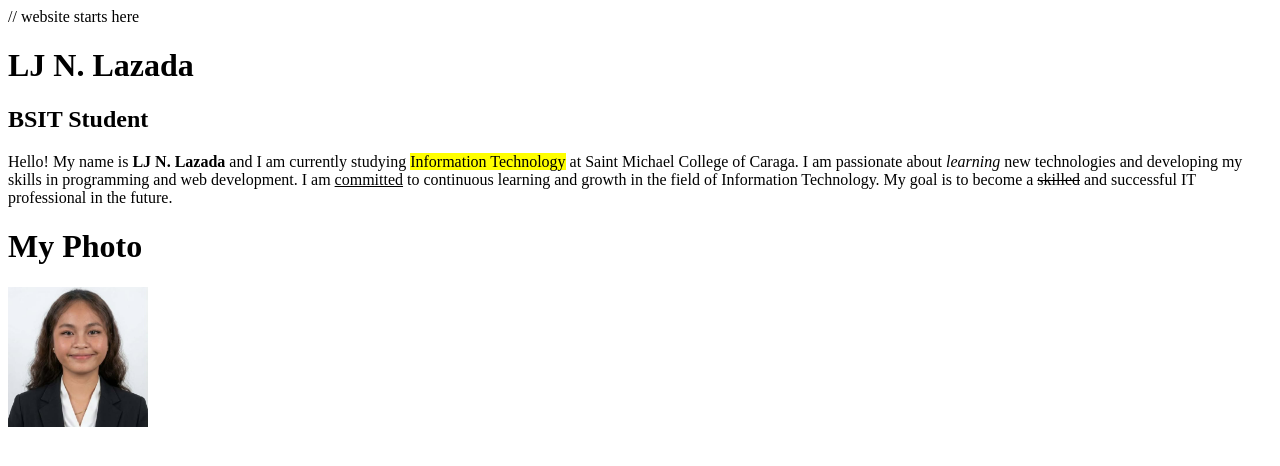
Repository: ljlazada11/myfirsthtml
Page: index.html
The author's editor kept a copy of each file at every save. The page is drawn from the files as they stood at one save, then again after the next save.
The browser window is 1280 px wide. The pictures show the whole page.

Above is the page before, as saved 2026-06-24 19:15:13.

### index.html
<!DOCTYPE html>
<html lang="en">
<head>
    <meta charset="UTF-8">
    <meta name="viewport" content="width=device-width, initial-scale=1.0">
    <title>My Personal Web Profile</title>
    <link rel="icon" type="image/x-icon" href="images.png">
    // website starts here

</head>
<body>
    <h1>LJ N. Lazada</h1>
    <h2>BSIT Student</h2>
    <p>Hello! My name is <strong>LJ N. Lazada</strong> and I am currently studying <mark>Information Technology</mark> at Saint Michael College of Caraga. I am passionate about <i>learning</i> new technologies and developing my skills in programming and web development. I am <ins>committed</ins> to continuous learning and growth in the field of Information Technology. My goal is to become a <del>skilled</del> and successful IT professional in the future.</p>
</body>
    <h1>My Photo</h1>
    <img src="pic.jpg" alt="My	Profile	Picture" width="140" height="140">
</html>

After the next save:
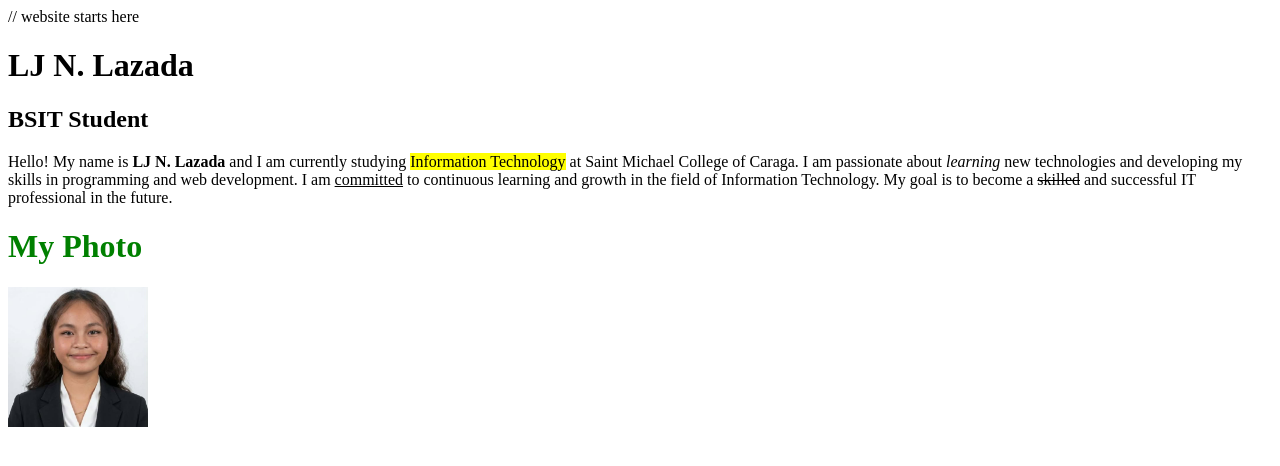
Saved 3 min 3 s later.
--- a/index.html
+++ b/index.html
@@ -3,7 +3,7 @@
 <head>
     <meta charset="UTF-8">
     <meta name="viewport" content="width=device-width, initial-scale=1.0">
-    <title>My Personal Web Profile</title>
+    <title style="color=blue;">My Personal Web Profile</title>
     <link rel="icon" type="image/x-icon" href="images.png">
     // website starts here
 
@@ -13,6 +13,6 @@
     <h2>BSIT Student</h2>
     <p>Hello! My name is <strong>LJ N. Lazada</strong> and I am currently studying <mark>Information Technology</mark> at Saint Michael College of Caraga. I am passionate about <i>learning</i> new technologies and developing my skills in programming and web development. I am <ins>committed</ins> to continuous learning and growth in the field of Information Technology. My goal is to become a <del>skilled</del> and successful IT professional in the future.</p>
 </body>
-    <h1>My Photo</h1>
+    <h1 style="color:green;">My Photo</h1>
     <img src="pic.jpg" alt="My	Profile	Picture" width="140" height="140">
 </html>
